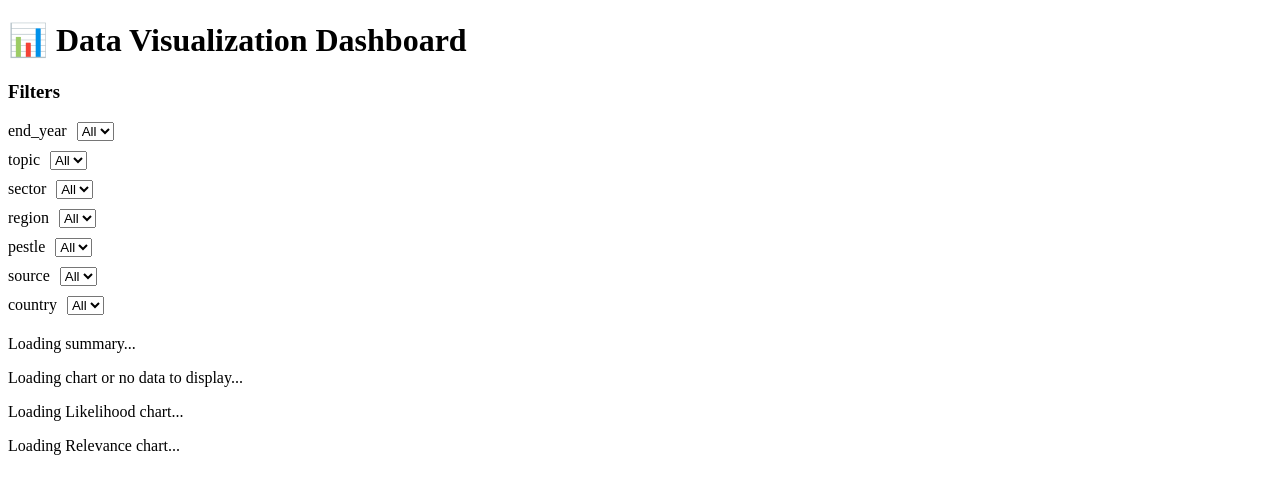
Repository: dikshant-s/DataVisualizationDashboard
Page: / (app in frontend/)
These files come from the project's save history. The page is drawn as it stood at one moment and after the next save; the edit follows.
The browser window is 1280 px wide. The pictures show the whole page.
The page's requests for data from a server got no answer. The project was rebuilt for these pictures with package versions that can differ from the ones it lists, and the page was loaded fresh each time. No one was signed in, and anything a server would have sent is missing.

Above is the page before, as saved 2025-06-29 10:15:03.

After the next save:
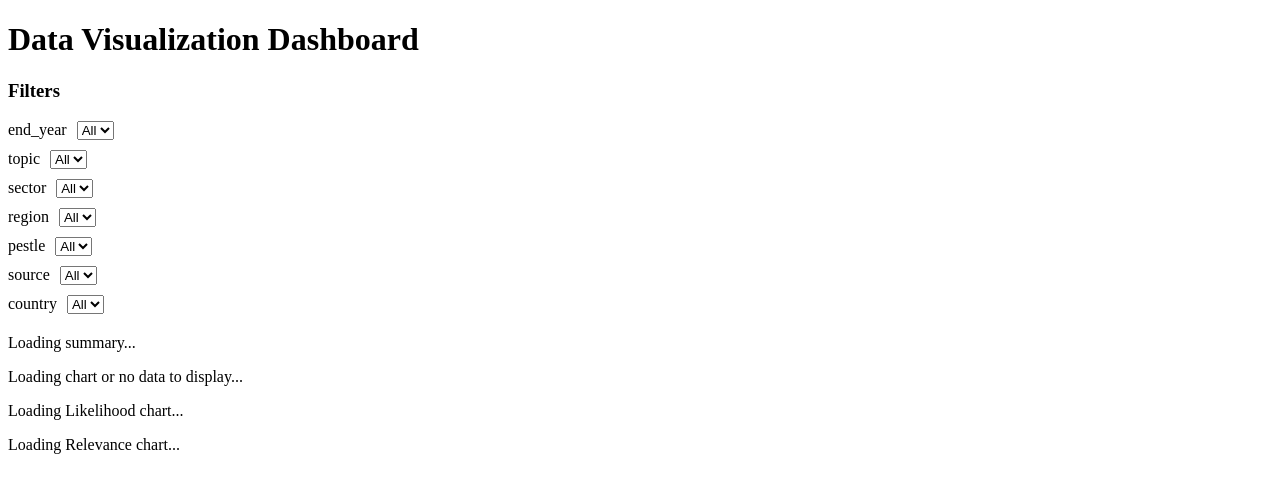
Saved 4 s later.
--- a/frontend/src/App.js
+++ b/frontend/src/App.js
@@ -10,7 +10,7 @@ const App = () => {
 
   return (
     <div className="container">
-      <h1>📊 Data Visualization Dashboard</h1>
+      <h1>Data Visualization Dashboard</h1>
       <FilterPanel setFilters={setFilters} />
       <Summary filters={filters} />
       <div className="chart-box">
